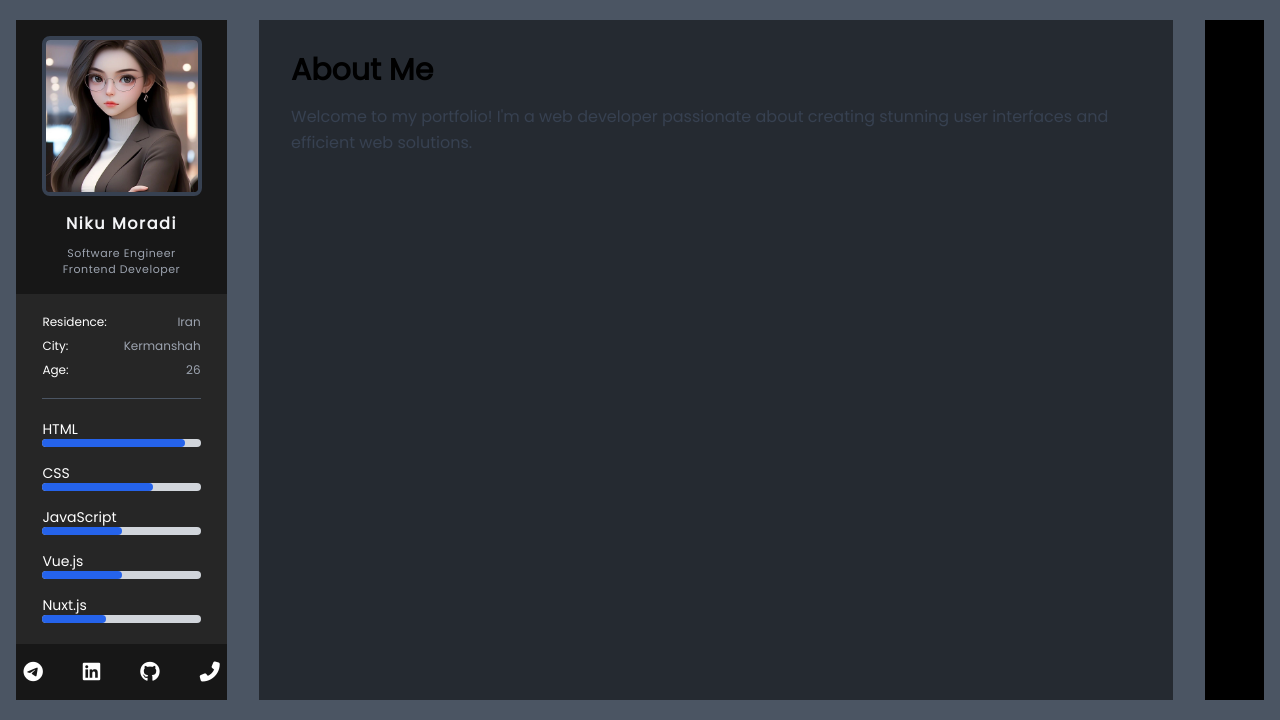
Repository: NikuMoradi/niku-moradi
Page: /
The author's editor kept a copy of each file at every save. The page is drawn from the files as they stood at one save, then again after the next save.
The browser window is 1280 px wide. The pictures show the whole page.
The project was rebuilt for these pictures with package versions that can differ from the ones it lists, and the page was loaded fresh each time. The framework's server and built-in components were replaced by stand-ins that run in the browser. Also part of the build but not shown: nuxt.config.ts, components/Blog Posts/Component-Design.vue, components/Blog.vue, components/Contact.vue, components/Education.vue, components/Experience.vue, components/Hero.vue, components/Menu.vue and 3 more.

Above is the page before, as saved 2024-11-29 14:11:21.

After the next save:
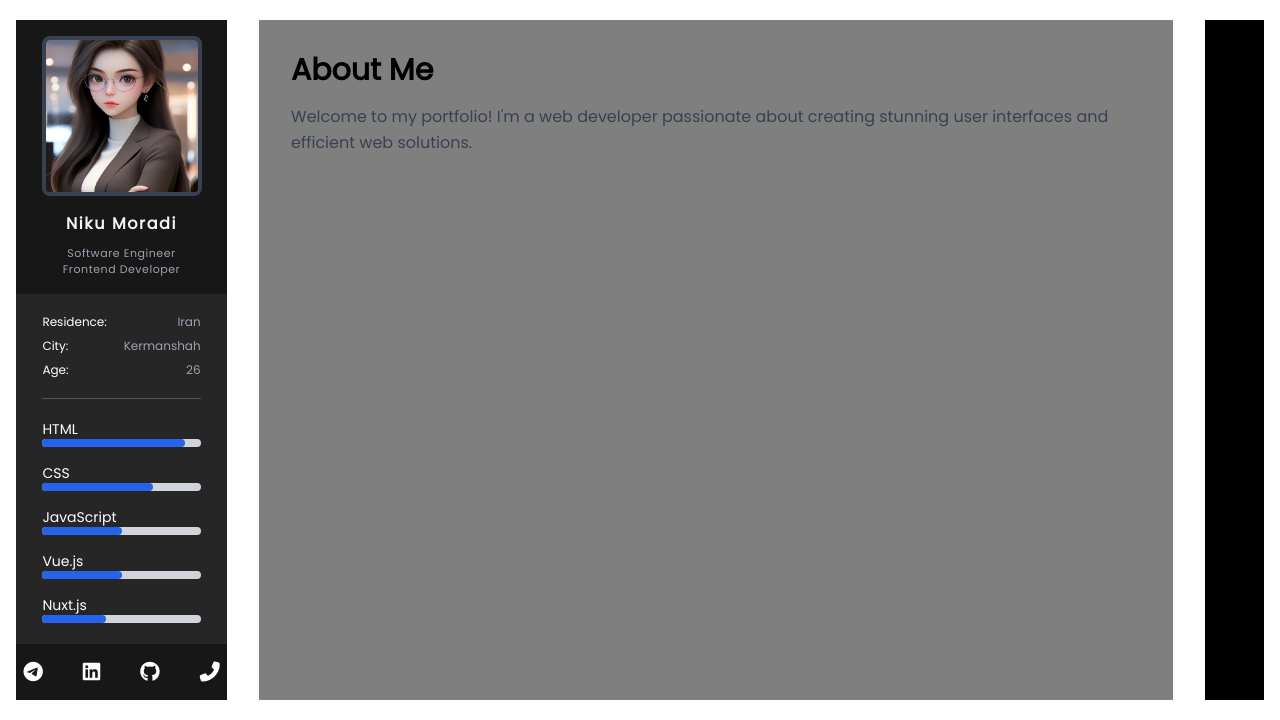
Saved 12 s later.
--- a/layouts/default.vue
+++ b/layouts/default.vue
@@ -1,6 +1,6 @@
 <template>
   <div
-    class="flex justify-center items-center min-h-screen bg-gray-600 px-4 space-x-8"
+    class="flex justify-center items-center min-h-screen bg-white px-4 space-x-8"
   >
     <LeftPanel />
 
